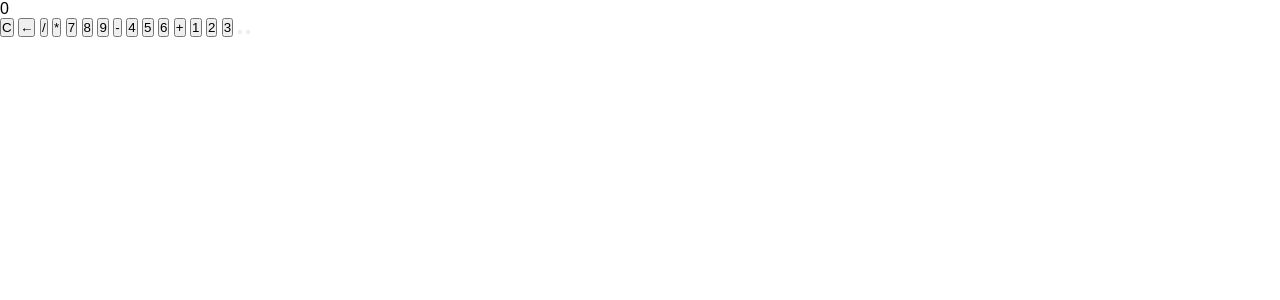
Repository: Herinyhert/Calculator
Page: index.html
The author's editor kept a copy of each file at every save. The page is drawn from the files as they stood at one save, then again after the next save.
The browser window is 1280 px wide. The pictures show the whole page.

Above is the page before, as saved 2023-05-21 20:31:54.

After the next save:
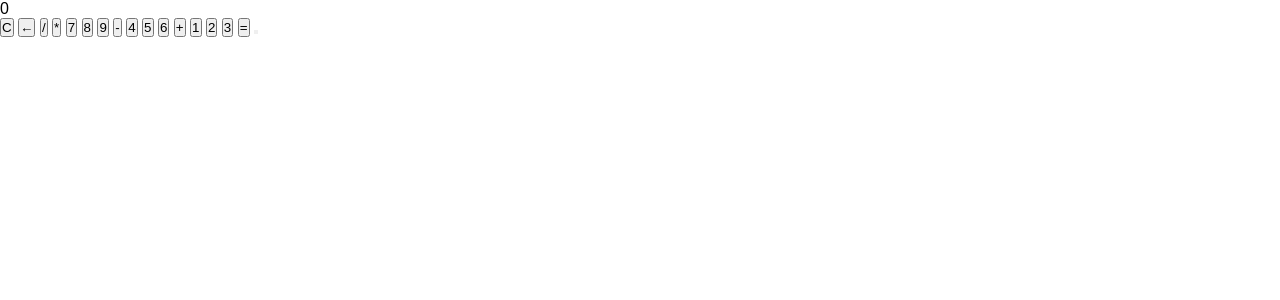
Saved 7 s later.
--- a/index.html
+++ b/index.html
@@ -24,7 +24,7 @@
         <button class="btn">1</button>
         <button class="btn">2</button>
         <button class="btn">3</button>
-        <button class="btn"></button>
+        <button class="btn">=</button>
         <button class="btn"></button>
     </div>
 
